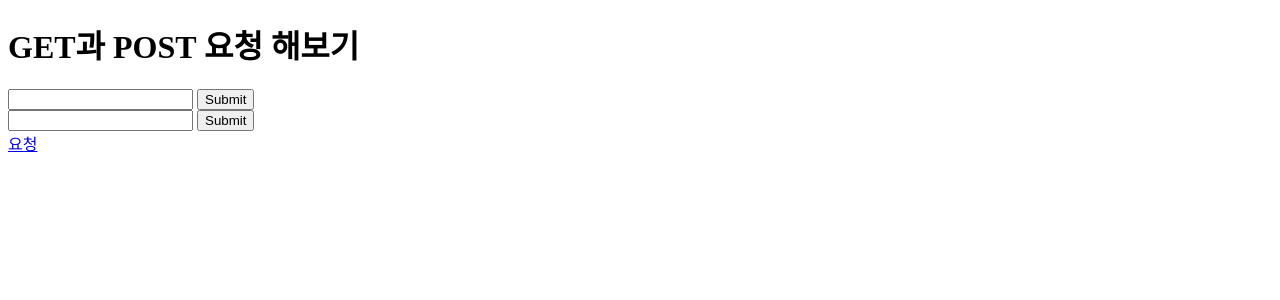
Repository: kvmhyvmvn/Study_JspServlet
Page: WorkSpace/01.HelloJspServlet/src/main/webapp/getpost.html
These files come from the project's save history. The page is drawn as it stood at one moment and after the next save; the edit follows.
The browser window is 1280 px wide. The pictures show the whole page.

Above is the page before, as saved 2023-05-18 02:24:29.

### WorkSpace/01.HelloJspServlet/src/main/webapp/getpost.html
<!DOCTYPE html>
<html>
<head>
<meta charset="UTF-8">
<title>Insert title here</title>
</head>
<body>
	<h1> GET과 POST 요청 해보기 </h1>
	<!-- text 값을 요청할 수 있는 폼 태그 하나 만들고 요청해보기 (Submit) -->
	<form action="Ex03_GetPost" method="get"> <!-- action:  -->
		<input type = "text" name="txt1" id="txt2"> <!-- name vs id -->
		<input type = "submit">
	</form>

	<form action="Ex03_GetPost" method="post"> <!-- action:  -->
		<input type = "text" name="txt1" id="txt2"> <!-- name vs id -->
		<input type = "submit">
	</form>

	<!-- a태그로 Ex03_GetPost요청해보기 -->
	<a href="Ex03_GetPost">요청</a>

	<!-- a태그로 naver 창 띄워보기 -->


</body>
</html>

After the next save:
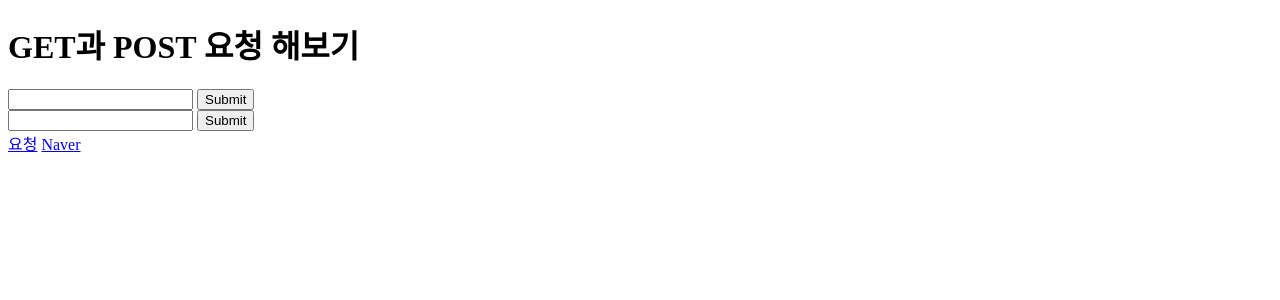
Saved 34 s later.
--- a/WorkSpace/01.HelloJspServlet/src/main/webapp/getpost.html
+++ b/WorkSpace/01.HelloJspServlet/src/main/webapp/getpost.html
@@ -21,7 +21,7 @@
 	<a href="Ex03_GetPost">요청</a>
 
 	<!-- a태그로 naver 창 띄워보기 -->
-
+	<a href="https://naver.com">Naver</a>
 
 </body>
 </html>
